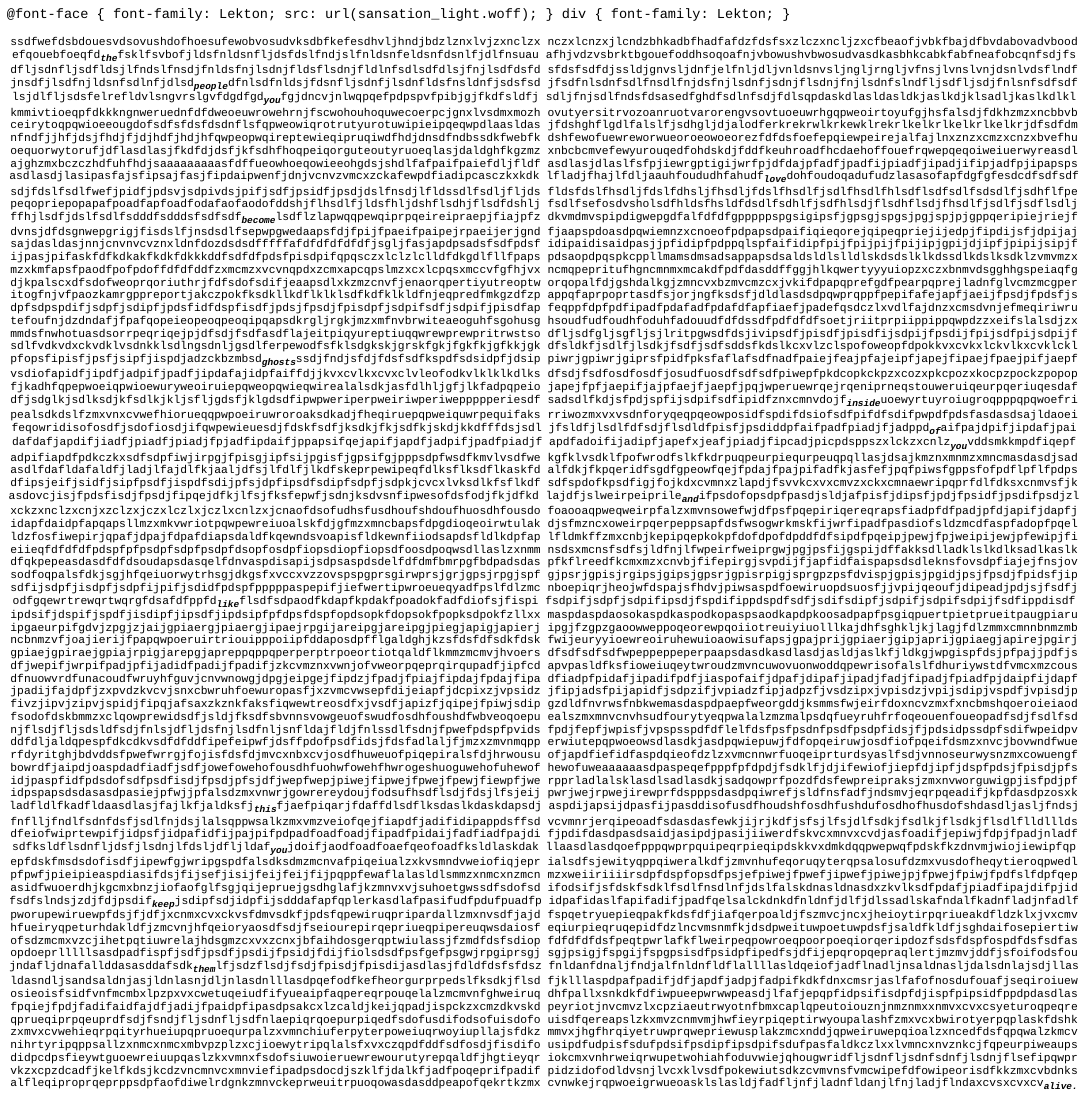
Repository: zhanj122/zhanj122.github.io
Page: composition/composition2.html
The author's editor kept a record of every edit. The page is drawn from the files as they stood at one moment, then again after the next edit.
The browser window is 1280 px wide. The pictures show the whole page, at 85% of full size.

Above is the page before.

After the next edit:
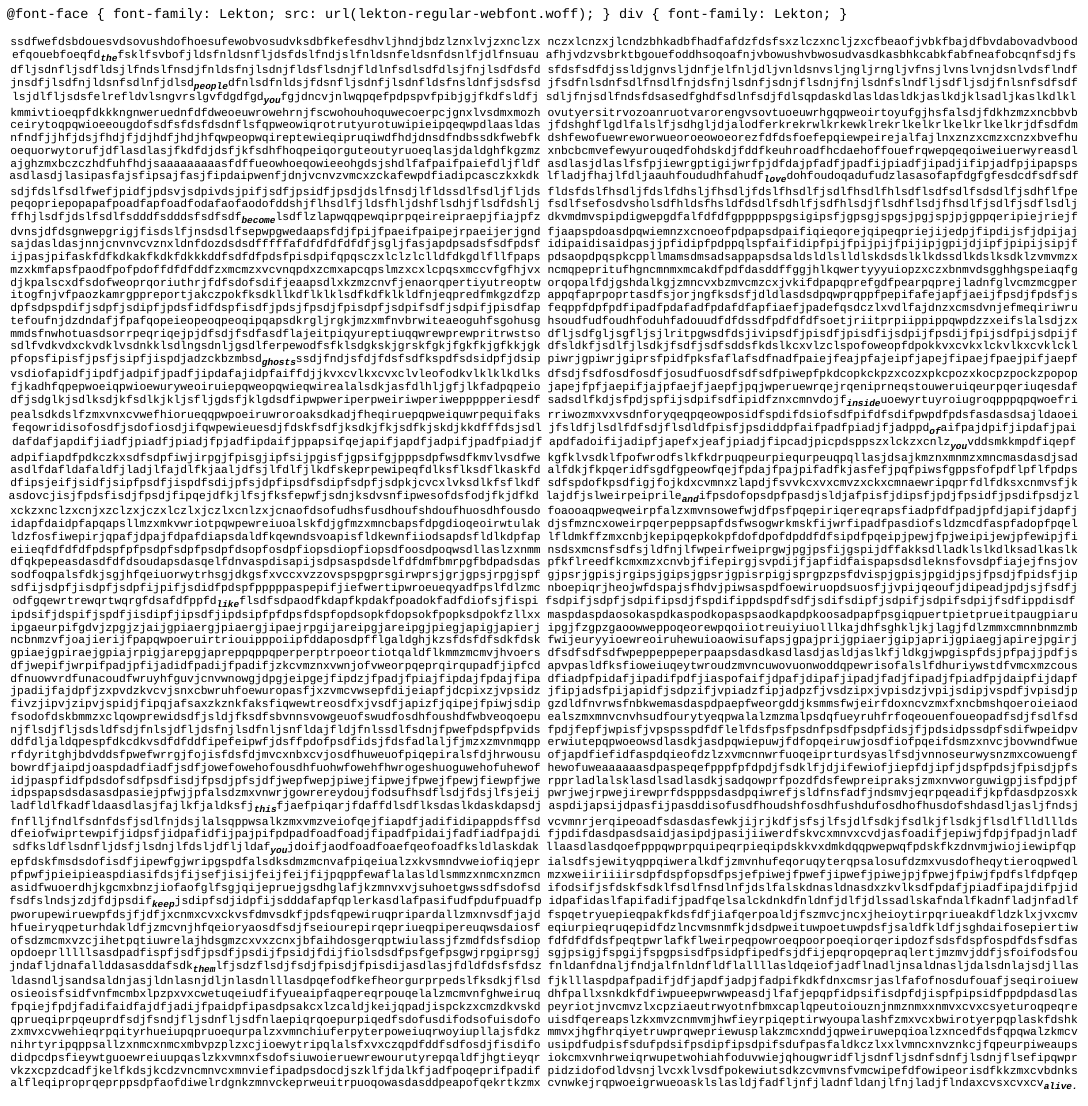
The edit:
--- a/composition/composition2.html
+++ b/composition/composition2.html
@@ -4,7 +4,7 @@
   <font face="courier">
   @font-face {
     font-family: Lekton;
-    src: url(sansation_light.woff);
+    src: url(lekton-regular-webfont.woff);
 }
 
 div {
